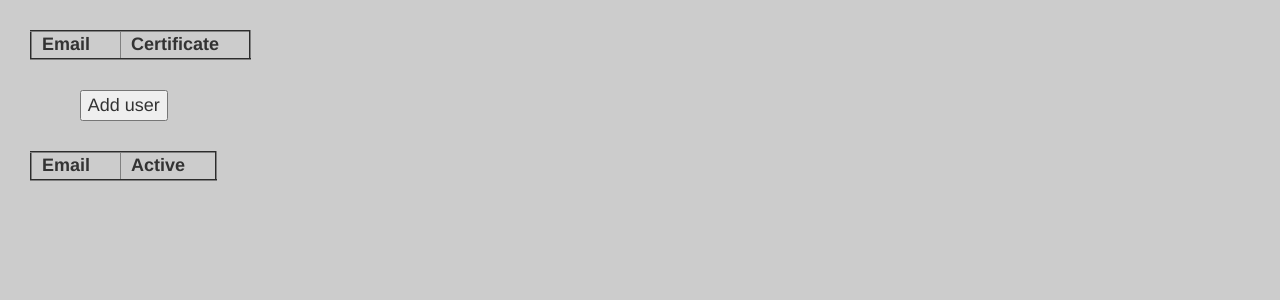
Repository: marijabroceta/ProjekatIB
Page: IB_Project_Shell/src/main/resources/static/main_page.html
The author's editor kept a copy of each file at every save. The page is drawn from the files as they stood at one save, then again after the next save.
The browser window is 1280 px wide. The pictures show the whole page.
The page's requests for data from a server got no answer.

Above is the page before, as saved 2018-06-30 19:10:31.

### IB_Project_Shell/src/main/resources/static/main_page.html
<!DOCTYPE html>
<html>
<head>
	<title>Main</title>
	<script src="js/jquery-2.1.4.min.js"></script>
	<link rel="stylesheet" type="text/css" href="bootstrap/css/bootstrap.min.css"/>
    <script src="bootstrap/js/bootstrap.min.js"></script>
    <link rel="stylesheet" type="text/css" href="css/main_page.css">
    <script src="js/main_page.js" type="text/javascript"></script>
</head>
<body>
	<div id="table">
		<table id="users_table" border="2">
			<tr>
				<th>Email</th>
				<th>Certificate</th>
			</tr>
		</table>
		<div id="buttons">
			<button id="add_user">Add user</button>
			<button id="activate_user">Activate user</button>
		</div>

		<div id="add_form">
			<form name="add_user_form" method="post" id="add_user_form">
		       	<label for="email">Email</label>
		 		<input type="text" id="email" name="email"><br>
		 		<label for="password">Password</label>
		 		<input type="password" id="password" name="password"><br>
		 		<input type="submit" name="submit" id="submit" value="submit" class="button" /><br>
		 		<input type="button" name="cancel" id="cancel" value="cancel" class="button" />
	    	</form>
		</div>
		<div id="table_inactive">
			<table id="users_inactive" border="2">
			<tr>
				<th>Email</th>
				<th>Active</th>
			</tr>
		</table>
		</div>
	</div>

</body>
</html>

### IB_Project_Shell/src/main/resources/static/css/main_page.css
#table{
	/*position: absolute;
    top: 20%;
    left: 30%;
    right: 30%;
    bottom: 20%;*/
    margin-top: 30px;
    margin-left: 30px;
    font-size: 18px;
}

#table_inactive{
	margin-top: 30px;

    font-size: 18px;
}

th{
	padding-right: 30px;
	padding-left: 10px;
}

body {
    text-align: center;
    background: #ccc;
}

#buttons{
	margin-top: 30px;
	margin-right: 85%;
}



#add_form{
	margin-top: 30px;
}

label,input {
 display: block;
width: 200px;
 float: left;
 margin-left: 20px;
 margin-bottom: 10px;

}

label {
 text-align: right;
 width: 75px;
 padding-right: 20px;

}

br {
 clear: left;
}

#submit,#cancel{
	margin-left:115px;
}

### IB_Project_Shell/src/main/resources/static/js/main_page.js
$(document).ready(function(){

	var token = localStorage.getItem("token");
	console.log(token);
	var logged = null;
	var activate_user = $('#activate_user');
	$('#add_form').hide();
	activate_user.hide();

	$.ajax({
		url: "https://localhost:8443/api/users/logged",
		type: 'GET',
		headers: { "Authorization": "Bearer " + token},
		contentType : "application/json",
		dataType:'json',
		crossDomain: true,
		success : function(response) {

			console.log("logged " + response.authorities[0].name);
			logged = response;
			if(logged.authorities[0].name == "ADMIN"){
				activate_user.show();
				activate_user.on('click',function(e){
					$.ajax({
						headers:{"Authorization" :"Bearer " + token},
						contentType: 'application/json',
						type: 'GET',
						dataType:'json',
						crossDomain: true,
						url:'https://localhost:8443/api/users/inactive',
						success:function(response){
							table_header_inactive();
							var table = $('#users_inactive');
							for(var i=0; i<response.length; i++) {
								user = response[i];
								console.log(user);
								table.append('<tr class="data">'+
												'<td>'+user.email+'</td>'+
												'<td>'+user.active+'</td>'+
												'<td><button class="btn btn-default">Activate</button></td>'+
											'</tr>');
							}
						}
					});
				});
			}
		},
		error: function (jqXHR, textStatus, errorThrown) {
			console.log(jqXHR.status);
			console.log(jqXHR);

		}
	});


	$.ajax({

		headers:{"Authorization" :"Bearer " + token
			},
		contentType: 'application/json',
		type: 'GET',
		dataType:'json',
		crossDomain: true,
		url:'https://localhost:8443/api/users',
		success:function(response){
			table_header();
			var table = $('#users_table');
			for(var i=0; i<response.length; i++) {
				user = response[i];
				console.log(user);
				table.append('<tr class="data">'+
								'<td>'+user.email+'</td>'+
								'<td>'+user.authorities[0].name+'</td>'+
								'<td><button class="btn btn-default">Download</button></td>'+
							'</tr>');
			}
		},
		error: function (jqXHR, textStatus, errorThrown) {
			console.log(jqXHR);
			alert(textStatus);
		}
	});




	$('#add_user').on('click',function(e){
		$('#add_form').show();
		e.preventDefault();
		return false;
	});

	$('#cancel').on('click',function(e){
		$('#add_form').hide();
		e.preventDefault();
		return false;
	});

	$('input#submit').on('click',function(e){

		console.log("submit");
		var email = $('#email').val().trim();
		var password = $('#password').val().trim();

		var data = {
				'email':email,
				'password':password
			}
			console.log(data);
		$.ajax({
				type: 'POST',
		        contentType: 'application/json',
		        headers:{"Authorization" :"Bearer " + token,
		        	"Access-Control-Allow-Origin": "*"},
		        url: 'https://localhost:8443/api/users/save',
		        data: JSON.stringify(data),
		        dataType: 'json',
		        crossDomain: true,
				cache: false,
				processData: false,
				success:function(response){
					alert("Created");
				},
				error: function (jqXHR, textStatus, errorThrown) {
					console.log(jqXHR);
					alert(textStatus);
				}
		});
		e.preventDefault();
		return false;
	});
});

function table_header(){
	var table = $('#users_table');
	table.empty();
	table.append('<tr>'+
					'<th>Email</th>'+
					'<th>Role</th>'+
					'<th>Certificate</th>'+
				'</tr>');
}

function table_header_inactive(){
	var table = $('#users_inactive');
	table.empty();
	table.append('<tr>'+
					'<th>Email</th>'+
					'<th>Active</th>'+

				'</tr>');
}

function get_users(){

}

Loaded but not shown: IB_Project_Shell/src/main/resources/static/js/jquery-2.1.4.min.js (library); IB_Project_Shell/src/main/resources/static/bootstrap/css/bootstrap.min.css (library); IB_Project_Shell/src/main/resources/static/bootstrap/js/bootstrap.min.js (library)

After the next save:
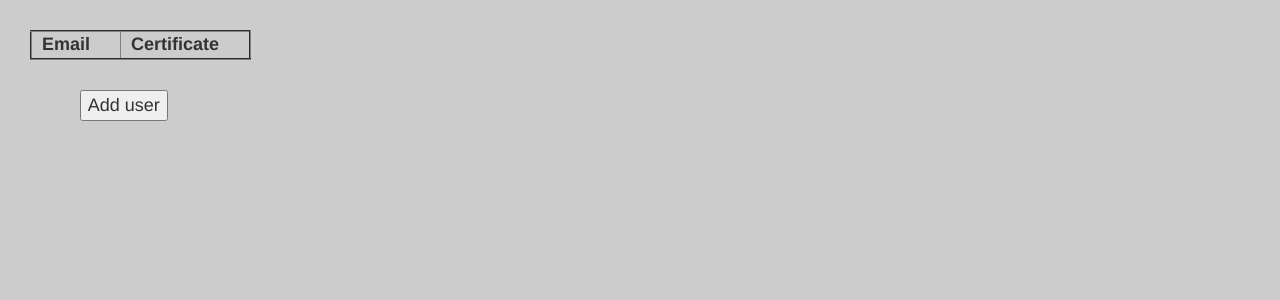
Saved 4 min 46 s later.
--- a/IB_Project_Shell/src/main/resources/static/main_page.html
+++ b/IB_Project_Shell/src/main/resources/static/main_page.html
@@ -33,10 +33,7 @@
 		</div>
 		<div id="table_inactive">
 			<table id="users_inactive" border="2">
-			<tr>
-				<th>Email</th>
-				<th>Active</th>
-			</tr>
+
 		</table>
 		</div>
 	</div>
